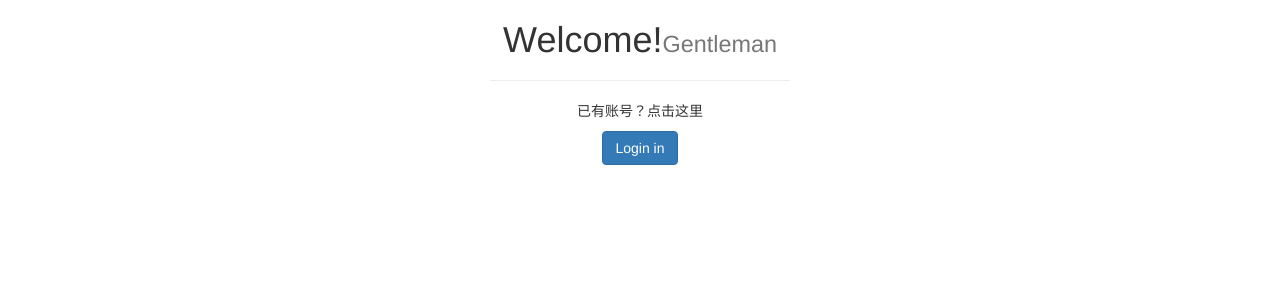
Repository: JasonBour/Beautypedia
Page: http://localhost/
An editor plug-in stored every save of this project. The page is shown before and after the next save, followed by the edit.
The browser window is 1280 px wide. The pictures show the whole page.
The page is run by PHP 8.4 with error messages shown; the project is at /var/www/html/.

Above is the page before, as saved 2015-09-13 12:25:40.

### Beautypedia/index.php
<html>
<head>
<meta charset="utf-8">
<link rel="stylesheet" type="text/css" href="./css/bootstrap.min.css"><!-- css file-->
<link rel="stylesheet" type="text/css" href="./css/index.css">
</head>
<body>


<div class="container ">
    <h1  class="title">Welcome!<small>Gentleman</small></h1>



     <HR align=center width=300 color=#987cb9 SIZE=1>

  <div>
   <p>已有账号？点击这里</p>
   <button type="button" class="btn btn-primary">Login in</button>


  </div>


 </div>


</body>

</html>

### Beautypedia/css/index.css
@CHARSET "UTF-8";
div.container{
	text-align:center;


}

Loaded but not shown: Beautypedia/css/bootstrap.min.css (library)

After the next save:
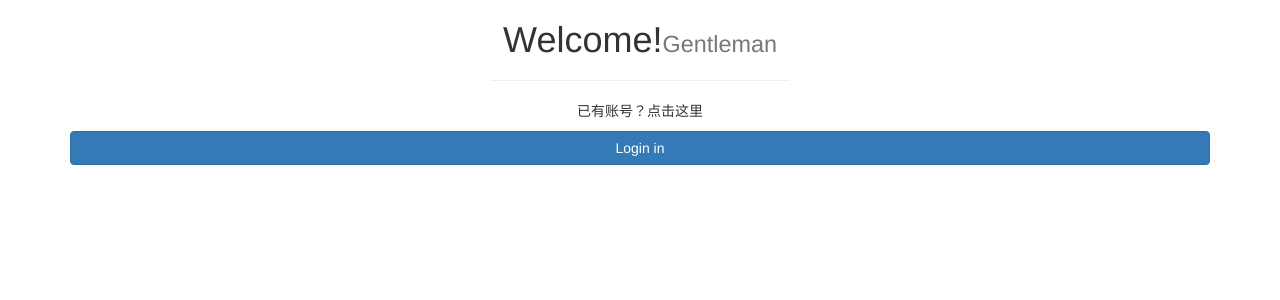
Saved 59 s later.
--- a/Beautypedia/index.php
+++ b/Beautypedia/index.php
@@ -16,7 +16,7 @@
 
   <div>
    <p>已有账号？点击这里</p>
-   <button type="button" class="btn btn-primary">Login in</button>
+   <button type="button" class="btn btn-primary btn-block">Login in</button>
 
 
   </div>
